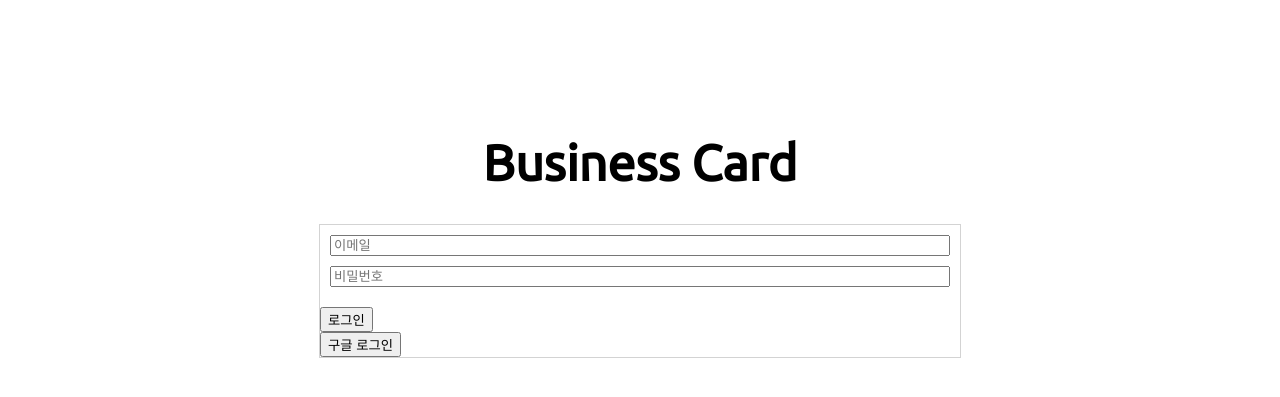
Repository: momo0170/react_businesscard
Page: /login
The author's editor kept a copy of each file at every save. The page is drawn from the files as they stood at one save, then again after the next save.
The browser window is 1280 px wide. The pictures show the whole page.
The page's requests for data from a server got no answer. The project was rebuilt for these pictures with package versions that can differ from the ones it lists, and the page was loaded fresh each time. No one was signed in, and anything a server would have sent is missing.

Above is the page before, as saved 2022-08-10 19:31:08.

After the next save:
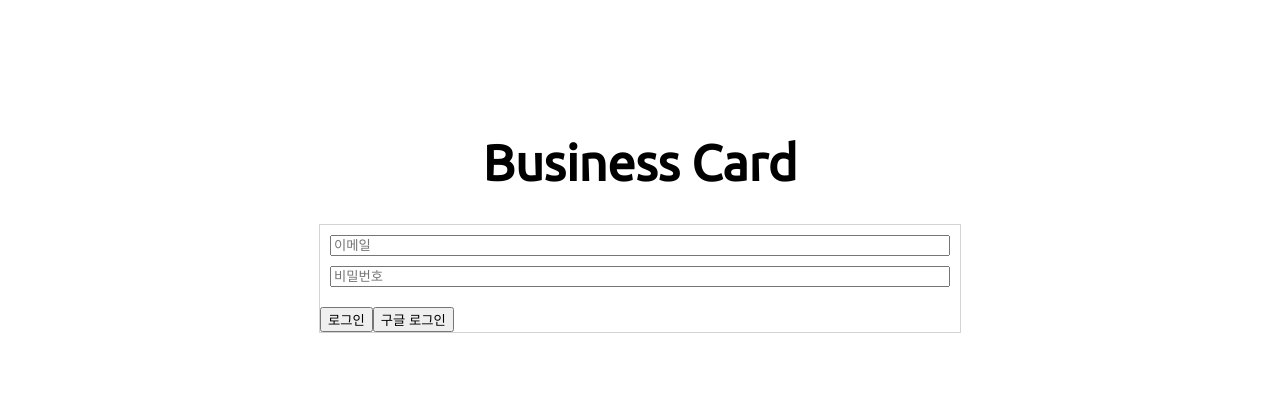
Saved 59 s later.
--- a/src/css/login.module.css
+++ b/src/css/login.module.css
@@ -26,3 +26,7 @@
 .password {
   margin: 10px 0;
 }
+
+.login {
+  display: flex;
+}
